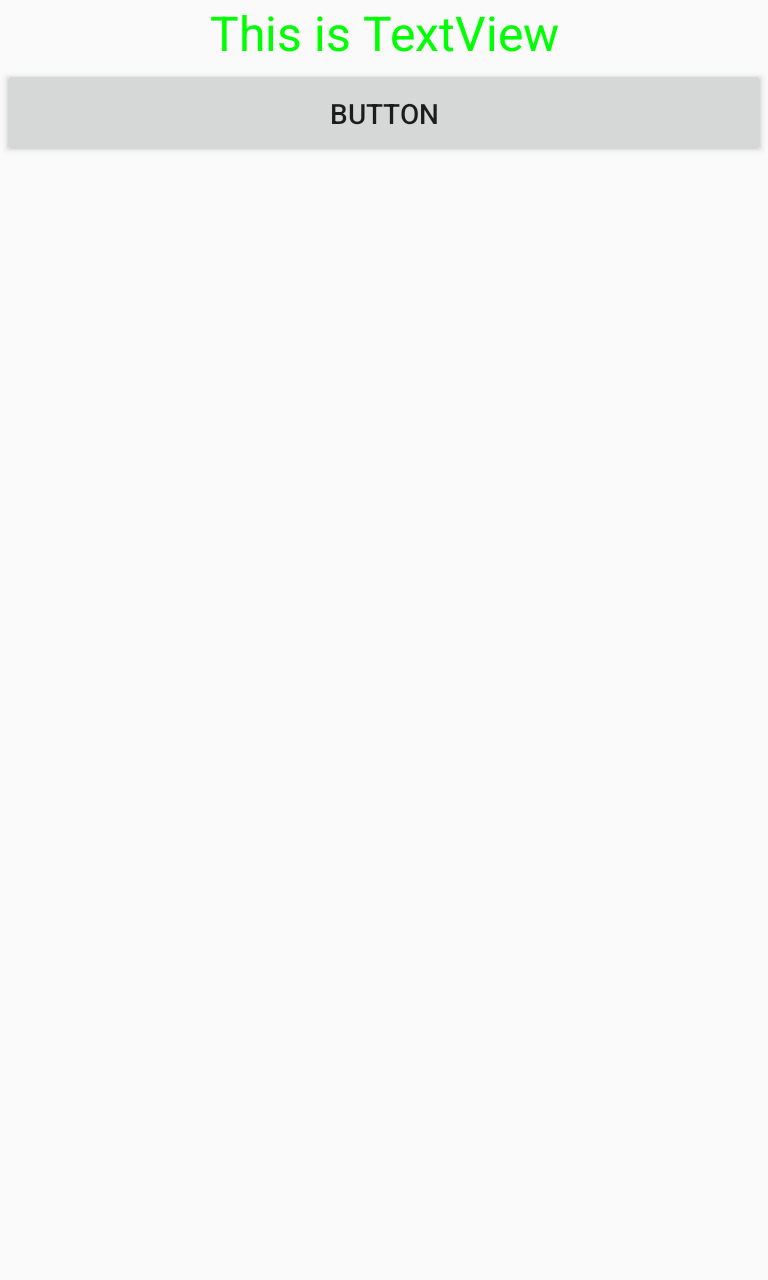
Repository: seanshl/android-projects
Layout: UIWidgetT/res/layout/activity_main.xml
The author's editor kept a copy of each file at every save. The layout is drawn from the files as they stood at one save, then again after the next save.
It is drawn on a 768 x 1280 px phone screen (xhdpi) without system bars, with theme AppTheme; the app's code is not run.

Above is the layout before, as saved 2016-08-16 19:52:19.

### UIWidgetT/res/layout/activity_main.xml
<LinearLayout xmlns:android="http://schemas.android.com/apk/res/android"
    android:layout_width="match_parent"
	android:layout_height="match_parent"
	android:orientation="vertical" >

    <TextView
        android:layout_width="match_parent"
        android:layout_height="wrap_content"
        android:textSize="24sp"
        android:textColor="#00ff00"
        android:gravity="center"
        android:text="This is TextView" />

    <Button
        android:id="@+id/button"
        android:layout_width="match_parent"
        android:layout_height="wrap_content"
        android:text="Button" />
</LinearLayout>

Loaded but not shown: UIWidgetT/res/values/styles.xml (common file); UIWidgetT/res/values-v11/styles.xml (common file); UIWidgetT/res/values-v14/styles.xml (common file)

After the next save:
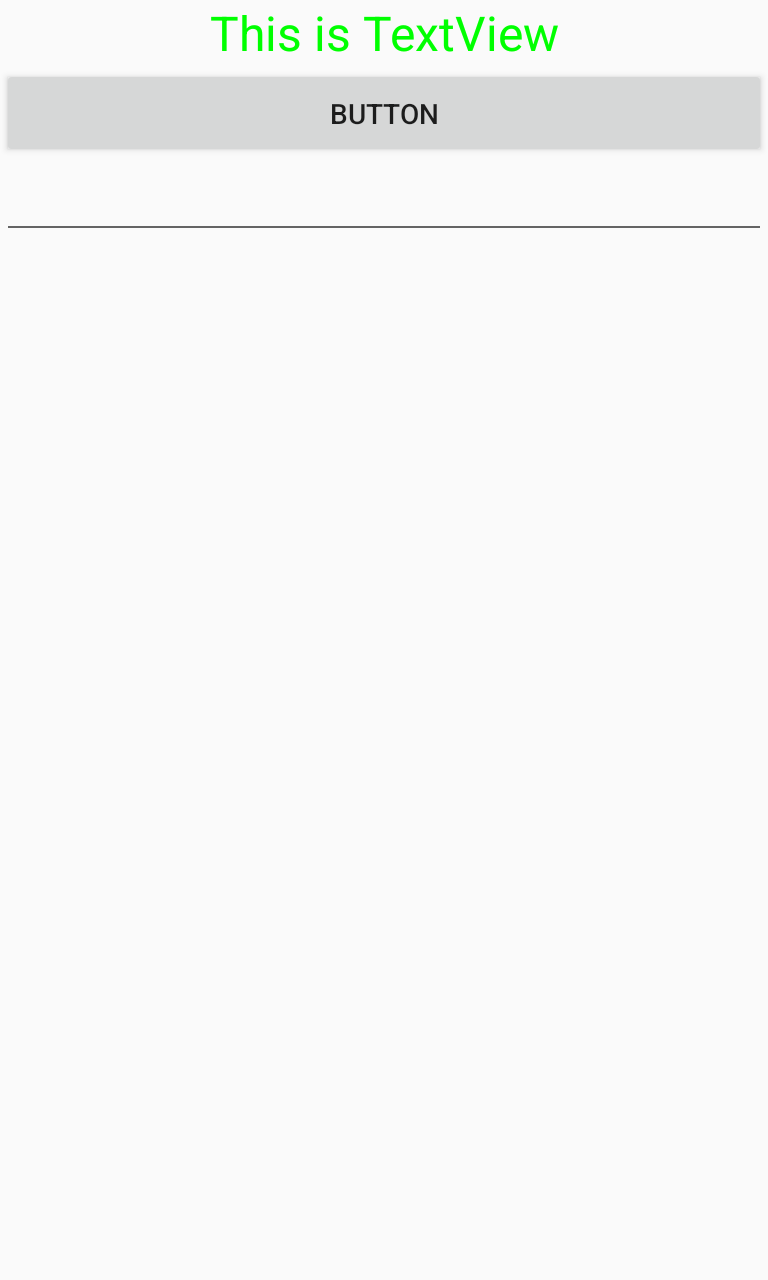
Saved 7 min 56 s later.
--- a/UIWidgetT/res/layout/activity_main.xml
+++ b/UIWidgetT/res/layout/activity_main.xml
@@ -16,4 +16,9 @@
         android:layout_width="match_parent"
         android:layout_height="wrap_content"
         android:text="Button" />
+
+    <EditText
+        android:id="@+id/edit_text"
+        android:layout_width="match_parent"
+        android:layout_height="wrap_content" />
 </LinearLayout>
